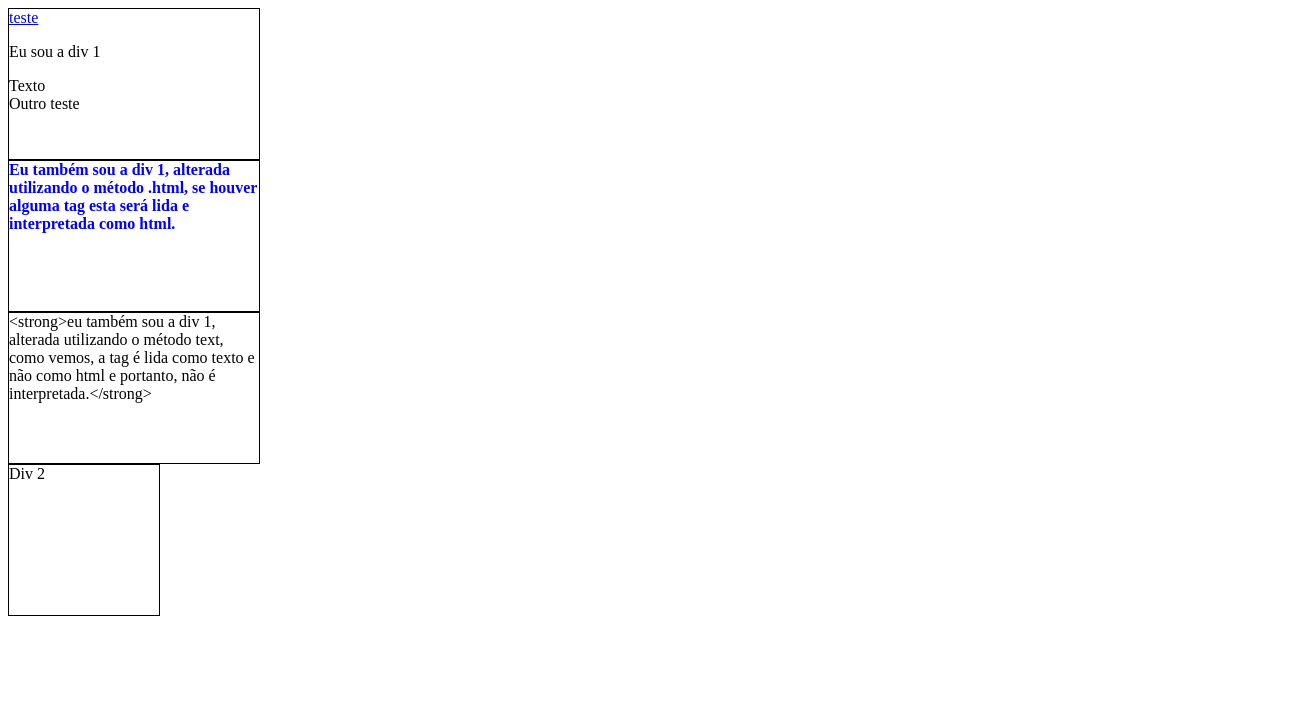
Repository: 2001mariana/jquery
Page: html-tag-content-manipulation.html
An editor plug-in stored every save of this project. The page is shown before and after the next save, followed by the edit.
The browser window is 1280 px wide. The page is 1280 px wide, then 1296 px, so the pictures cover 1296 px, including what lies to the right of the window. The pictures show the whole page.

Above is the page before, as saved 2022-08-04 15:12:05.

After the next save:
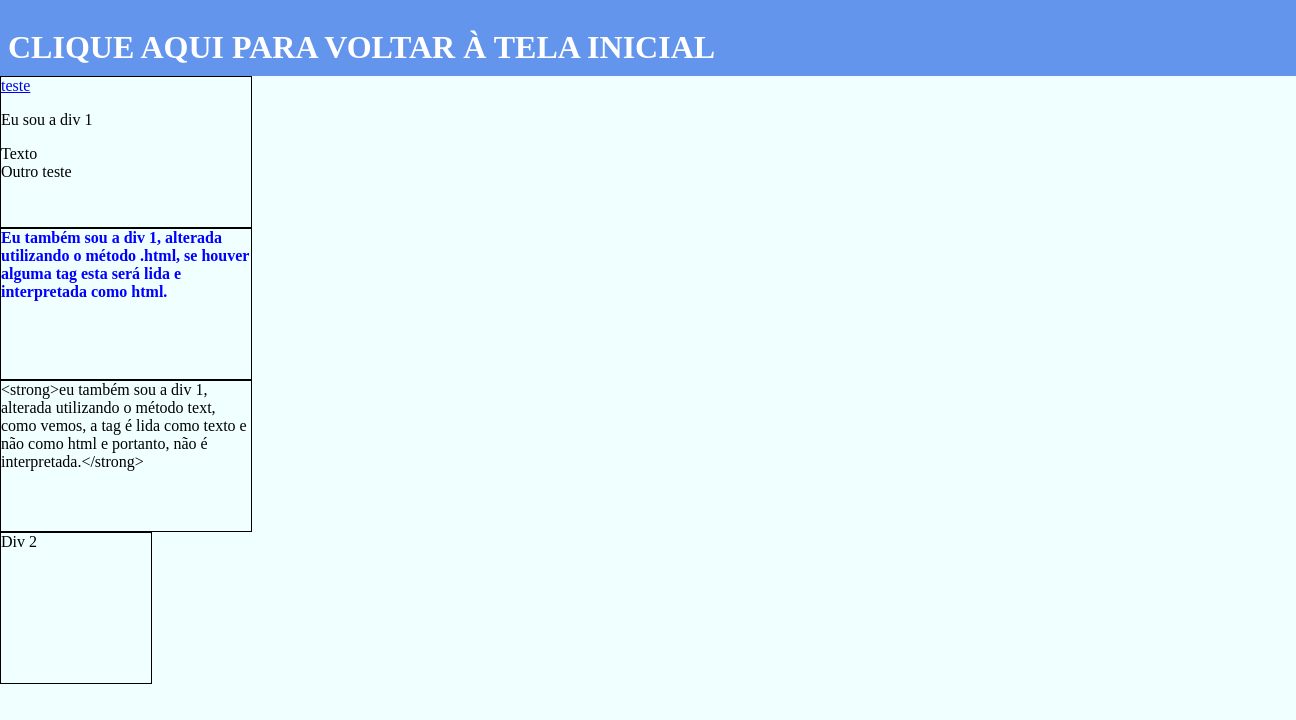
Saved 19 s later.
--- a/html-tag-content-manipulation.html
+++ b/html-tag-content-manipulation.html
@@ -16,7 +16,12 @@
 		</script>
 	</head>
 
-	<body>
+	<body style="margin: 0 auto; background-color: 	#F0FFFF;">
+
+		<div id="header" style="background-color: #6495ED; height: 60px; width: 100%; padding: 8px;">
+			<a href="index.html" style="text-decoration: none; text-transform: uppercase; color:#FFFFFF;"><h1>
+				Clique aqui para voltar à tela inicial</h1></a>
+		</div>
 
 		<div id="div1 original" style="border:solid 1px #000; width: 250px; height: 150px">
 			<a href="#">teste</a>
